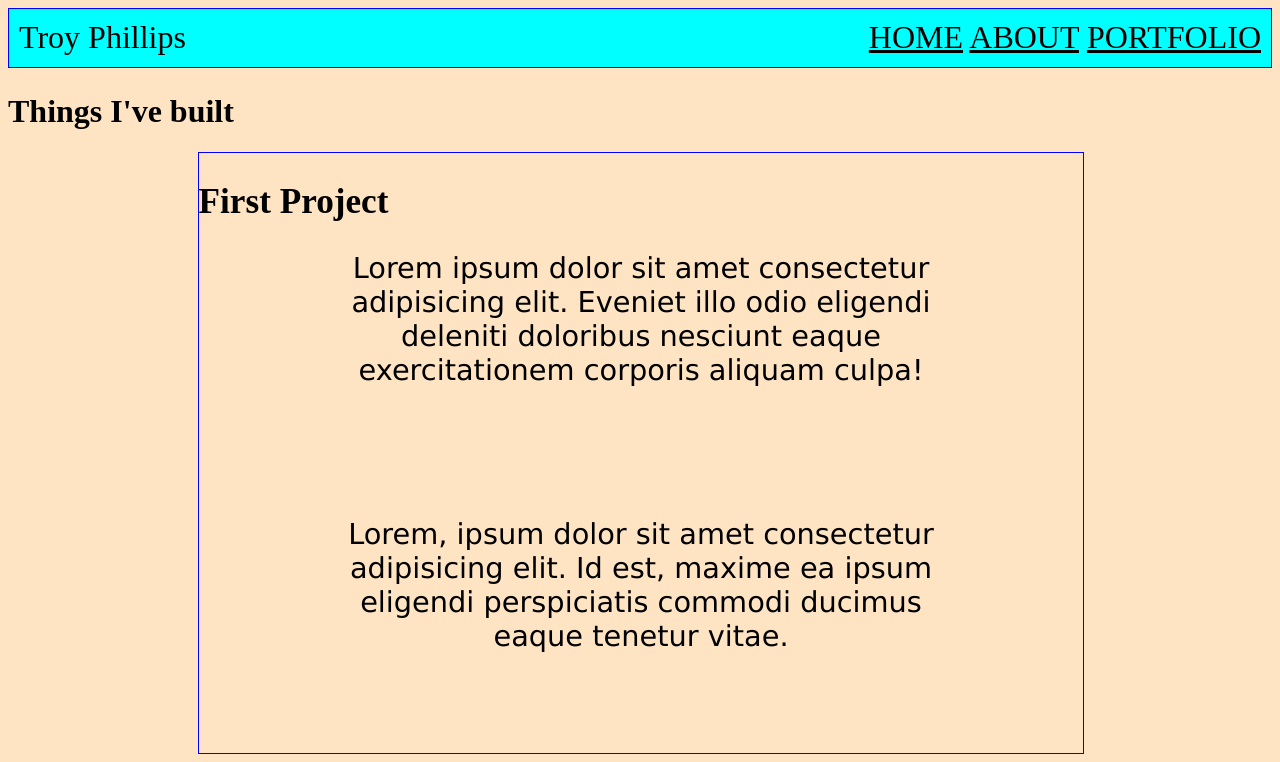
Repository: TheTroyPhillips/Personal-website
Page: portfolio.html
The author's editor kept a copy of each file at every save. The page is drawn from the files as they stood at one save, then again after a run of saves.
The browser window is 1280 px wide. The pictures show the whole page.

Above is the page before, as saved 2023-09-10 22:36:40.

### portfolio.html
<!DOCTYPE html>
<html lang="en">
<head>
    <meta charset="UTF-8">
    <meta name="viewport" content="width=device-width, initial-scale=1.0">
    <title>Document</title>
    <link rel="stylesheet" href="style.css">
</head>
<body>

    <div class="parent">
        <div class="child">
            <span class="myname">Troy Phillips</span>
        <nav class="pages">
            <a class="active" href="/">HOME</a>
            <a href="/about.html">ABOUT</a>
            <a href="/portfolio.html">PORTFOLIO</a>
        </div>
        <h1>Things I've built</h1>
        <div class="childc">
            <h2 class="two">First Project</h2>
            <p class="extra">Lorem ipsum dolor sit amet consectetur adipisicing elit. Eveniet illo odio eligendi deleniti doloribus
                 nesciunt eaque exercitationem corporis aliquam culpa!</p>
            <p class="extra">Lorem, ipsum dolor sit amet consectetur adipisicing elit. Id est, maxime ea ipsum eligendi perspiciatis
                 commodi ducimus eaque tenetur vitae.</p>
        </div>

### style.css
.child{
    width: 100%;
    height: 60px;
    border: 1px solid blue;
    display: inline-block;
    box-sizing: border-box;
    background-color: aqua;
    padding: 10px;
}
.childb{
    width: 70%;
    height: 600px;
    border: 1px solid blue
}
.myname{
    float: left;
    font-size: 2rem;
}
.pages{
    float: right;
    font-size: 2rem;
}
.pages a.active{
    color: inherit;
}
.pages a{
    color: inherit;
}
body{
    background-color: bisque;
}
main{
    text-align: center;
    margin-left: 5%;
    margin-right: 5%;
    font-size: 1.8rem;
}
p{
    text-align: center;
    font-size: 2.5rem;
    font-family: Verdana, Geneva, Tahoma, sans-serif;
    margin: 130px;
}
.pa{
    margin: 10px;
}
h2{
    font-size: 3rem;
}
.childc{
    width: 70%;
    height: 600px;
    border: 1px solid blue;
    margin-left: 15%;
}
.two{
    font-size: 2.2rem;
}
.extra{
    font-size: 1.8rem;
    margin-top: 10px;
}

After the next 2 saves:
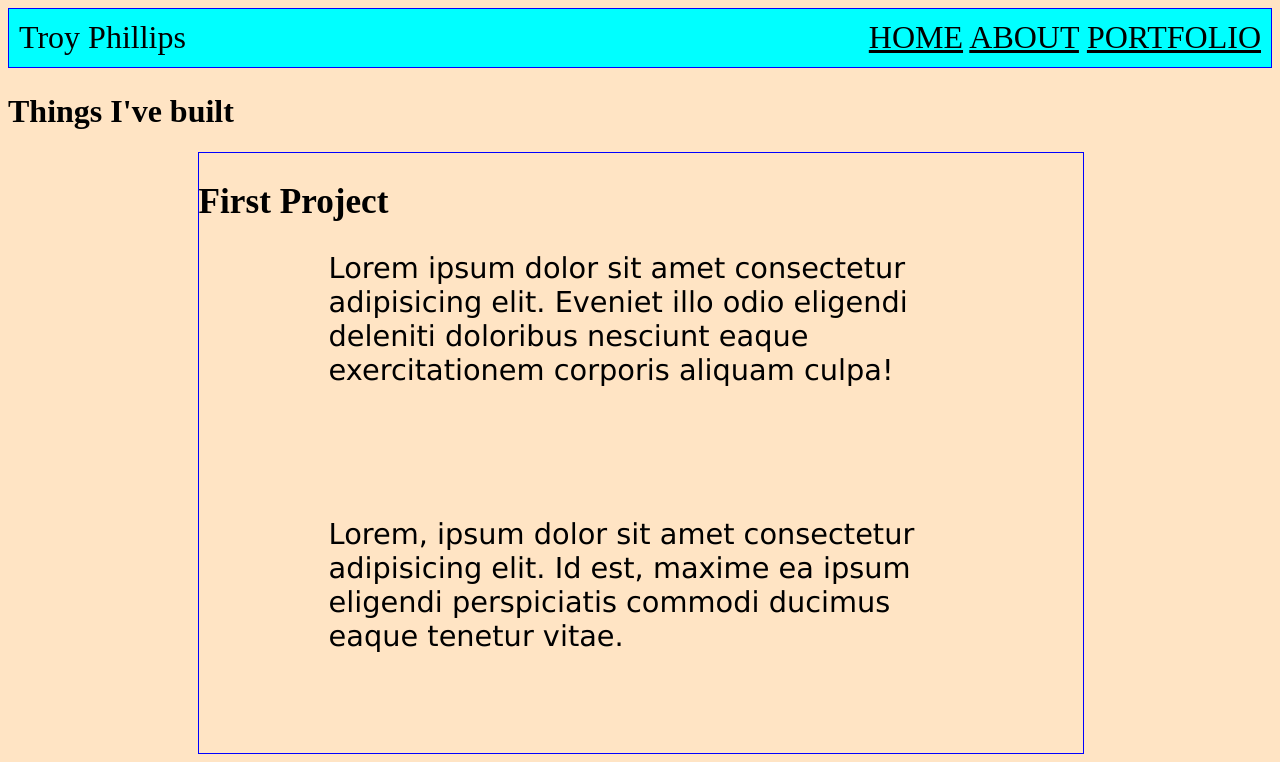
The 2 saves are shown as one change because they came seconds apart.
The last was saved 35 s later.
--- a/style.css
+++ b/style.css
@@ -59,4 +59,5 @@ h2{
 .extra{
     font-size: 1.8rem;
     margin-top: 10px;
+    text-align: left;
 }
